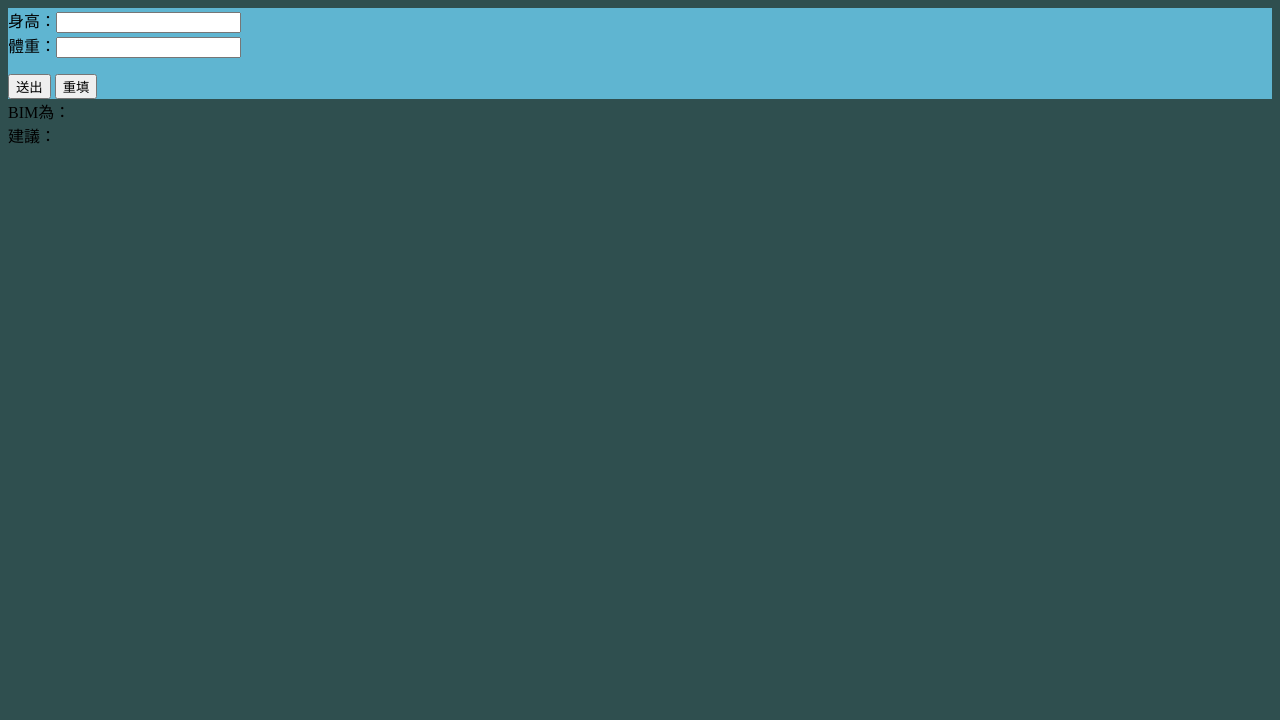
Repository: Digi-Duck/cybercube
Page: 12- 張雅婷/1117-bmi.html
An editor plug-in stored every save of this project. The page is shown before and after a run of saves, followed by the edit.
The browser window is 1280 px wide. The pictures show the whole page.

Above is the page before, as saved 2022-11-24 13:48:21.

After the next 6 saves:
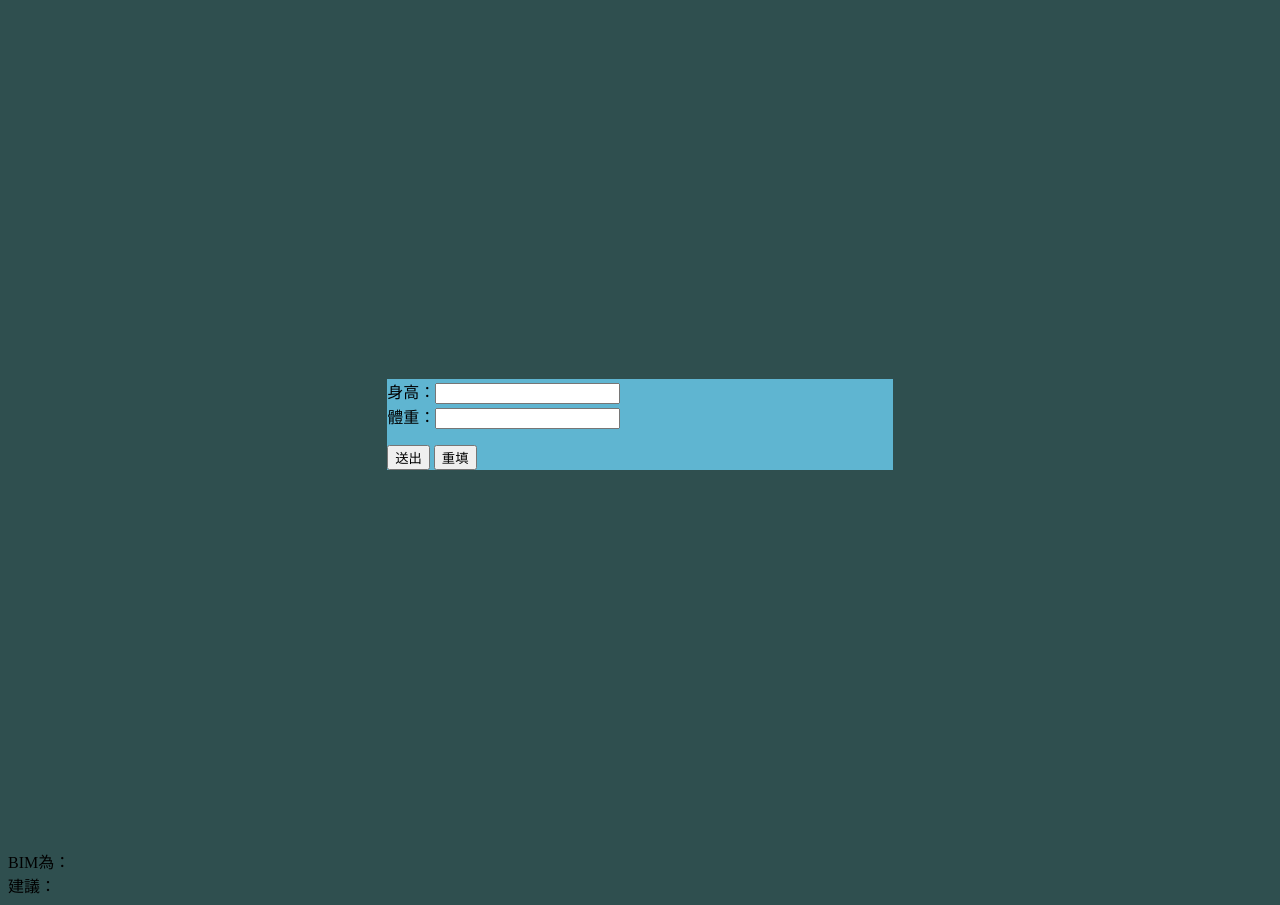
The 6 saves are shown as one change because they came seconds apart.
The last was saved 13 s later.
--- a/12- 張雅婷/bmi.css
+++ b/12- 張雅婷/bmi.css
@@ -1,5 +1,5 @@
 .bmi_input{
-
+    margin: 30%;
     align-items: center;
     background-color: #5fb5d1;
     color: black;
